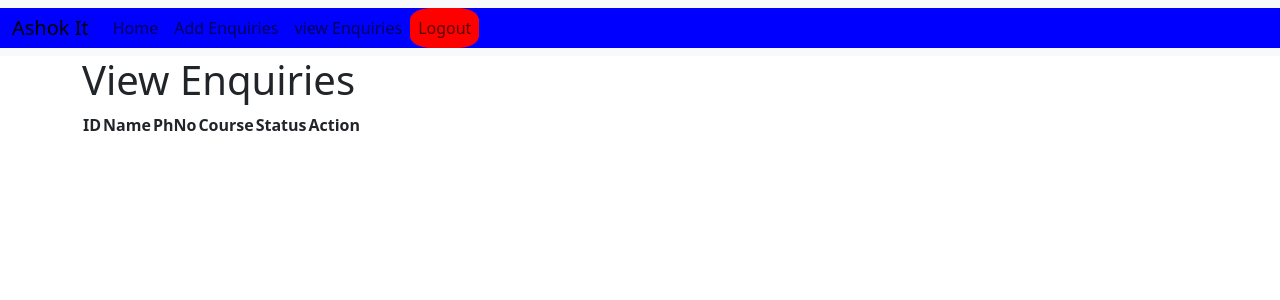
Repository: dibyajyotipanigrahi/Mini-Projects
Page: http://localhost/viewEnquiries
These files come from the project's save history. The page is drawn as it stood at one moment and after the next save; the edit follows.
The browser window is 1280 px wide. The pictures show the whole page.
The page is this project's Thymeleaf template; nobody is signed in. The template is opened directly, without the code that normally fills it, so the values that code supplies are empty.

Above is the page before, as saved 2024-04-25 20:02:06.

After the next save:
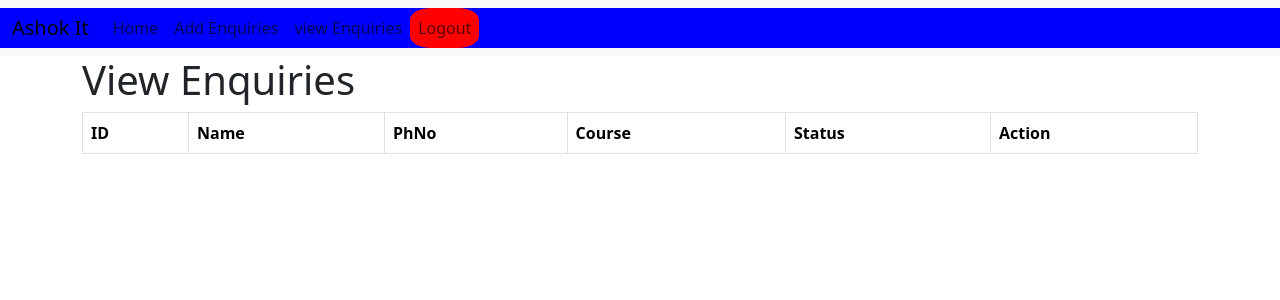
Saved 58 s later.
--- a/01-Councellors-Application/src/main/resources/templates/viewEnquiries.html
+++ b/01-Councellors-Application/src/main/resources/templates/viewEnquiries.html
@@ -37,7 +37,7 @@
 	</nav>
 	<div class="container">
     <h1>View Enquiries</h1>
-    <table>
+    <table class="table table-bordered table-striped">
 		<thead>
 			<tr>
 				<th>ID</th>
